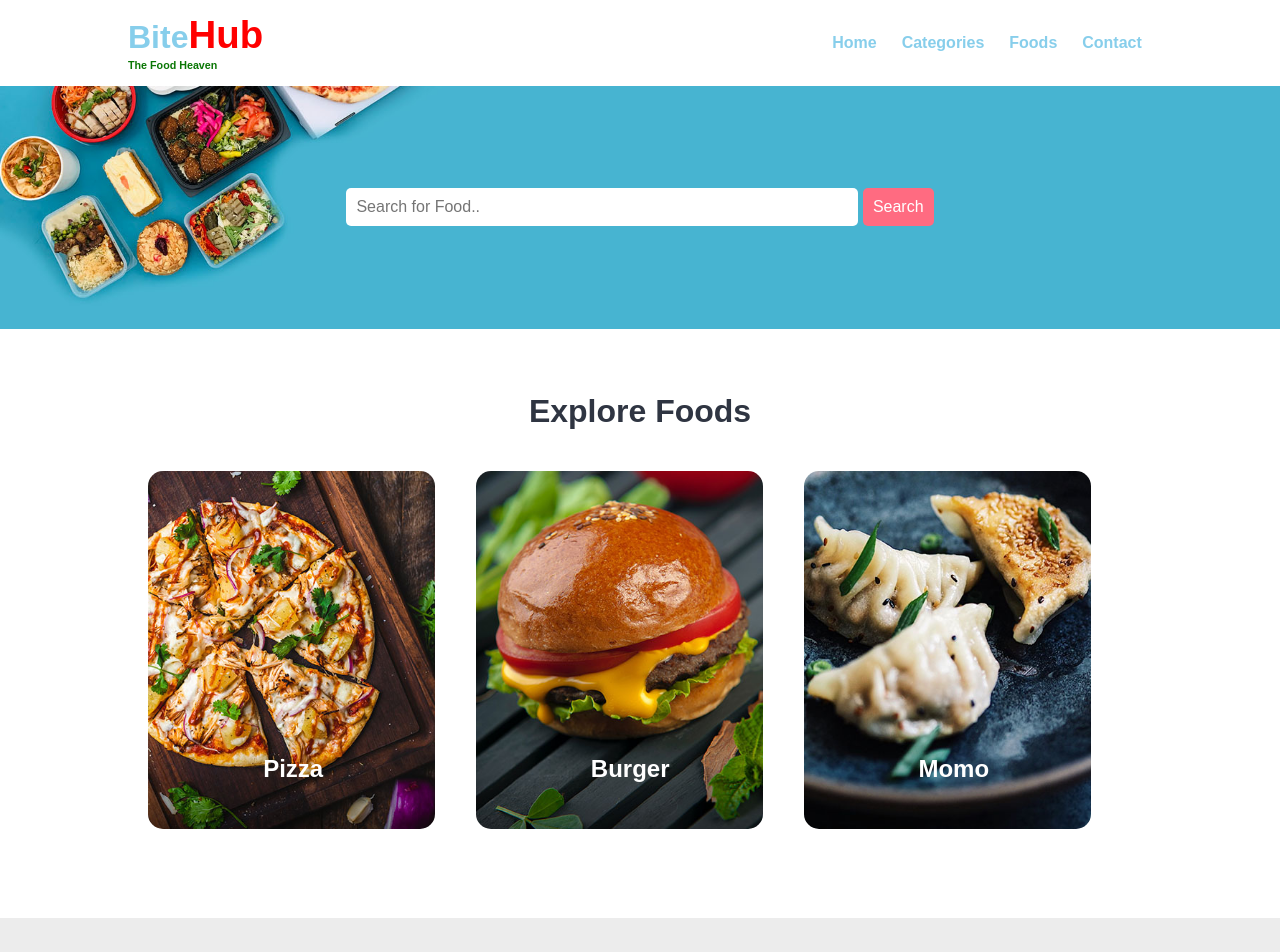
Repository: Saviour-Dagadu/food-order-front
Page: index.html
The author's editor kept a copy of each file at every save. The page is drawn from the files as they stood at one save, then again after the next save.
The browser window is 1280 px wide. The pictures show the part of the page from y = 0 to 952 px (the page is 2170 px tall).
The pointer rests on the first visible `.logo h2`.
A picture or video elsewhere on the page could not be fetched, so the positions and the page height are approximate.

Above is the page before, as saved 2024-05-16 11:26:31.

After the next save:
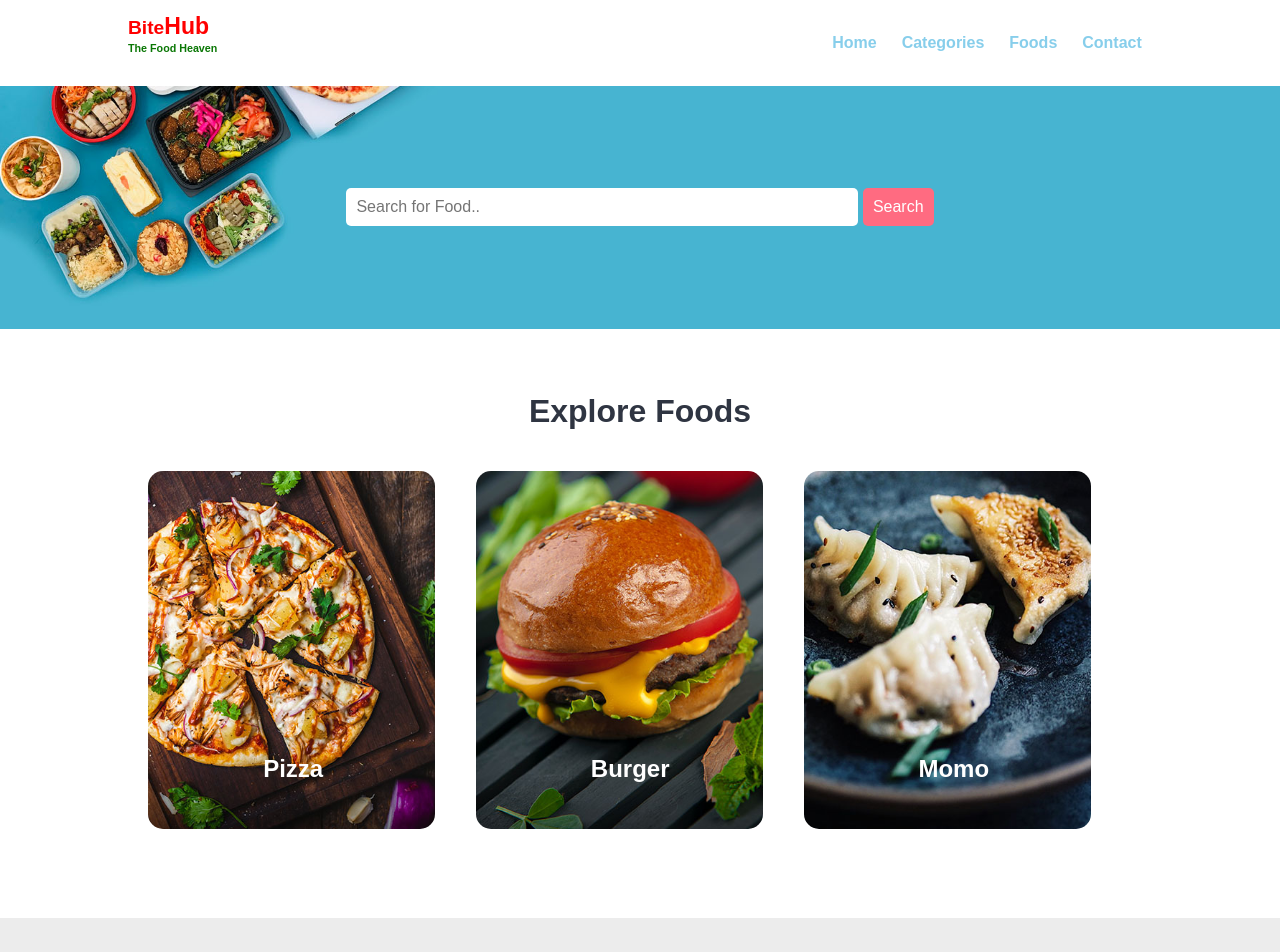
Saved 2 min 3 s later.
--- a/css/style.css
+++ b/css/style.css
@@ -95,6 +95,10 @@ fieldset{
 }
 .logo h2{
     color: skyblue;
+}
+.logo h2:hover{
+    color: red;
+    font-size: larger;
 }
 .logo h2 span{
     color: red;
